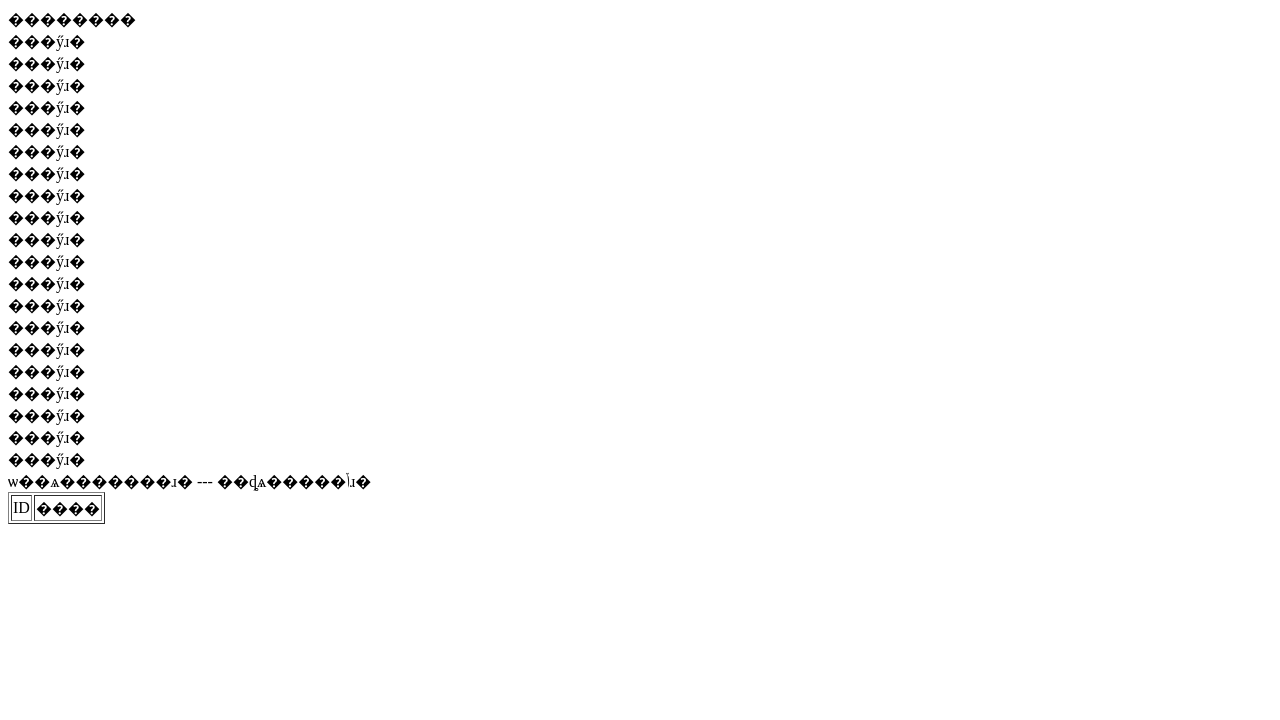
Repository: ZxxWs/P_M_learn
Page: http://localhost/
The author's editor kept a copy of each file at every save. The page is drawn from the files as they stood at one save, then again after the next save.
The browser window is 1280 px wide. The pictures show the whole page.
The page is run by PHP 8.4 with error messages shown; the project is at /var/www/html/. Queries for data that is not in the repository find no rows.

Above is the page before, as saved 2019-03-20 09:49:09.

After the next save:
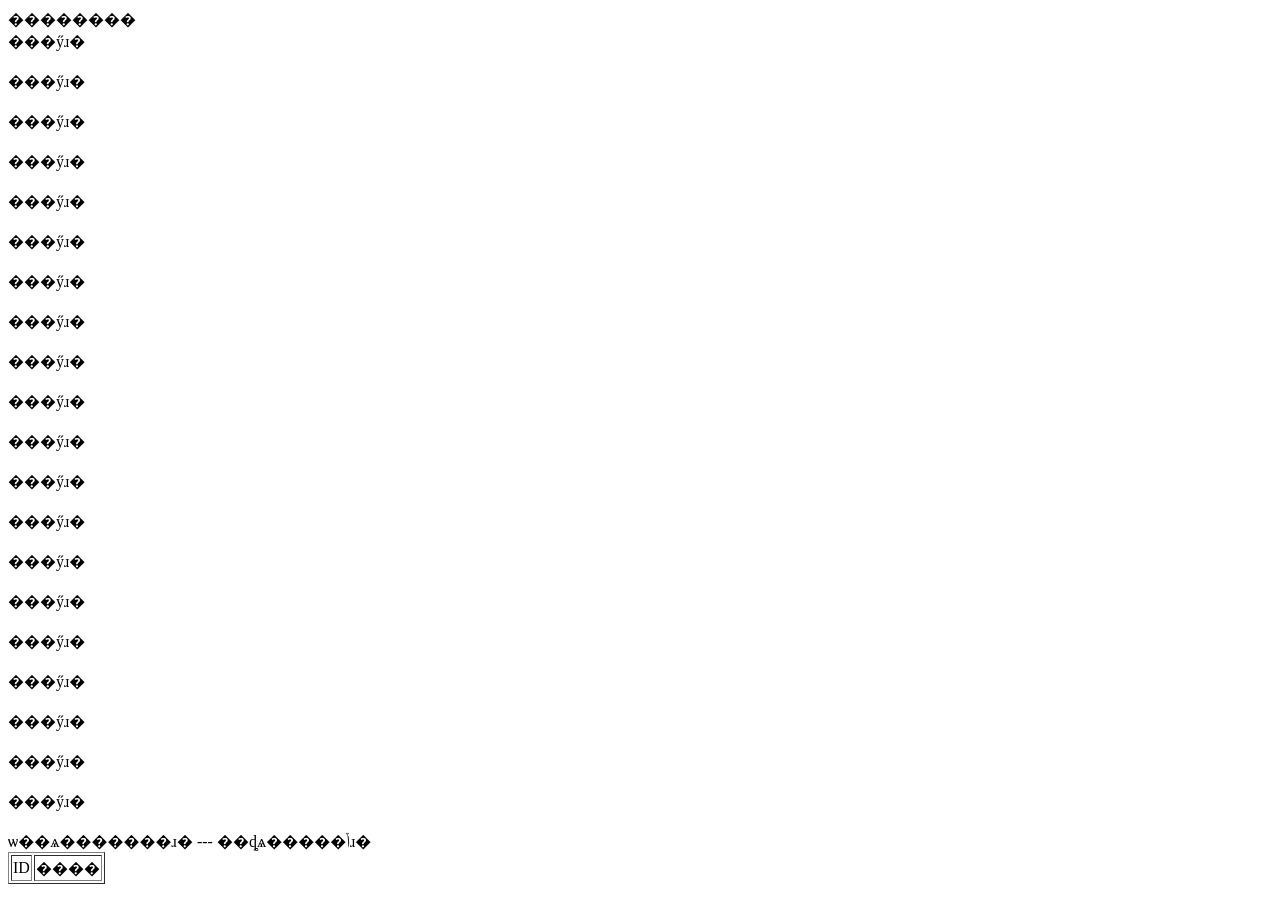
Saved 73 s later.
--- a/MySQL2/index.php
+++ b/MySQL2/index.php
@@ -23,6 +23,11 @@ $add="insert into ppp".
     "('$addid''$addname[$i]')";
 $addend=mysqli_query($conn,$add);
 if($addend)echo"添加成功<br/>";
+else{
+    die('连接失败: ' . mysqli_error($conn));
+}
+echo "<br />";
+
 }}
 
 
